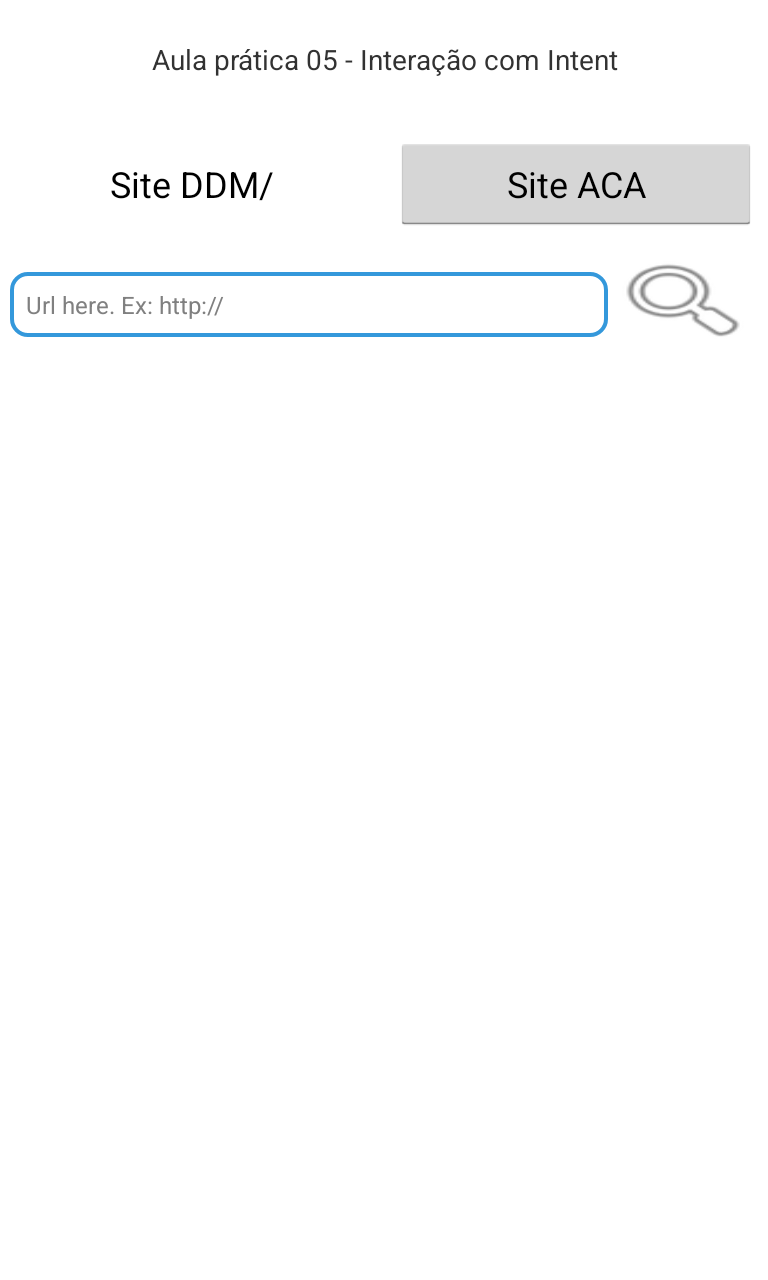
Repository: gokugohan/ddm
Layout: Aulas/res/layout/fragment_aula05.xml
The author's editor kept a copy of each file at every save. The layout is drawn from the files as they stood at one save, then again after the next save.
It is drawn on a 768 x 1280 px phone screen (xhdpi) without system bars, with theme AppTheme; the app's code is not run.

Above is the layout before, as saved 2014-11-03 14:12:18.

After the next save:
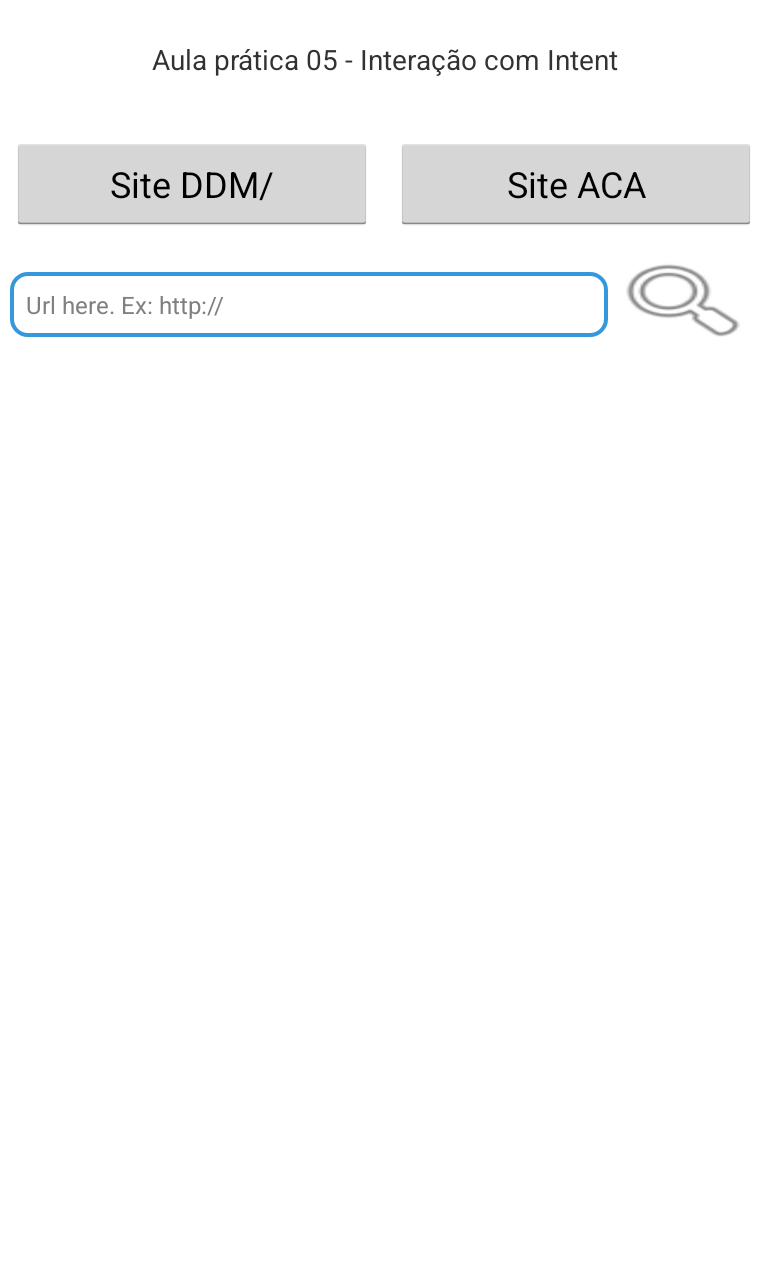
Saved 24 s later.
--- a/Aulas/res/layout/fragment_aula05.xml
+++ b/Aulas/res/layout/fragment_aula05.xml
@@ -25,7 +25,7 @@
             android:layout_height="wrap_content"
             android:layout_margin="5dp"
             android:layout_weight="1"
-            android:background="@color/seletor"
+
             android:text="@string/str_site1" />
 
         <Button

After the save that followed:
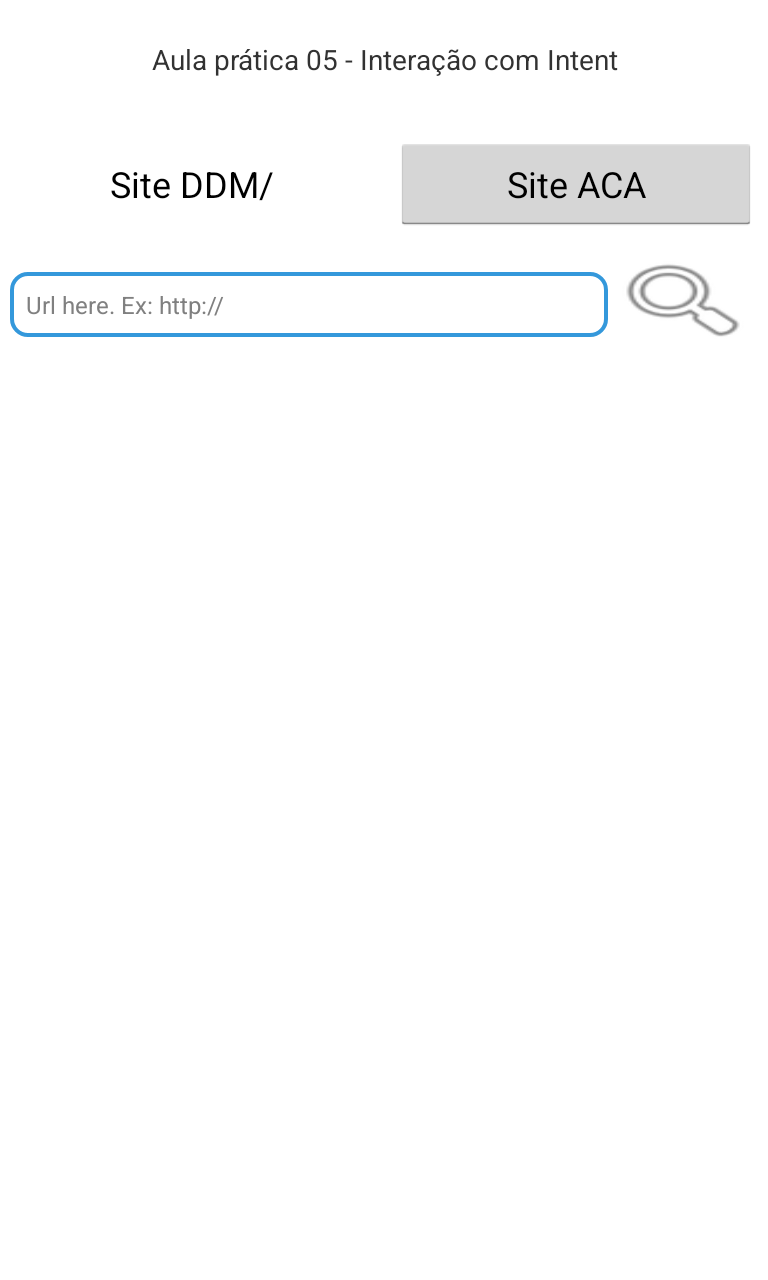
Saved 22 s later.
--- a/Aulas/res/layout/fragment_aula05.xml
+++ b/Aulas/res/layout/fragment_aula05.xml
@@ -25,7 +25,7 @@
             android:layout_height="wrap_content"
             android:layout_margin="5dp"
             android:layout_weight="1"
-
+            android:background="@color/seletor"
             android:text="@string/str_site1" />
 
         <Button
